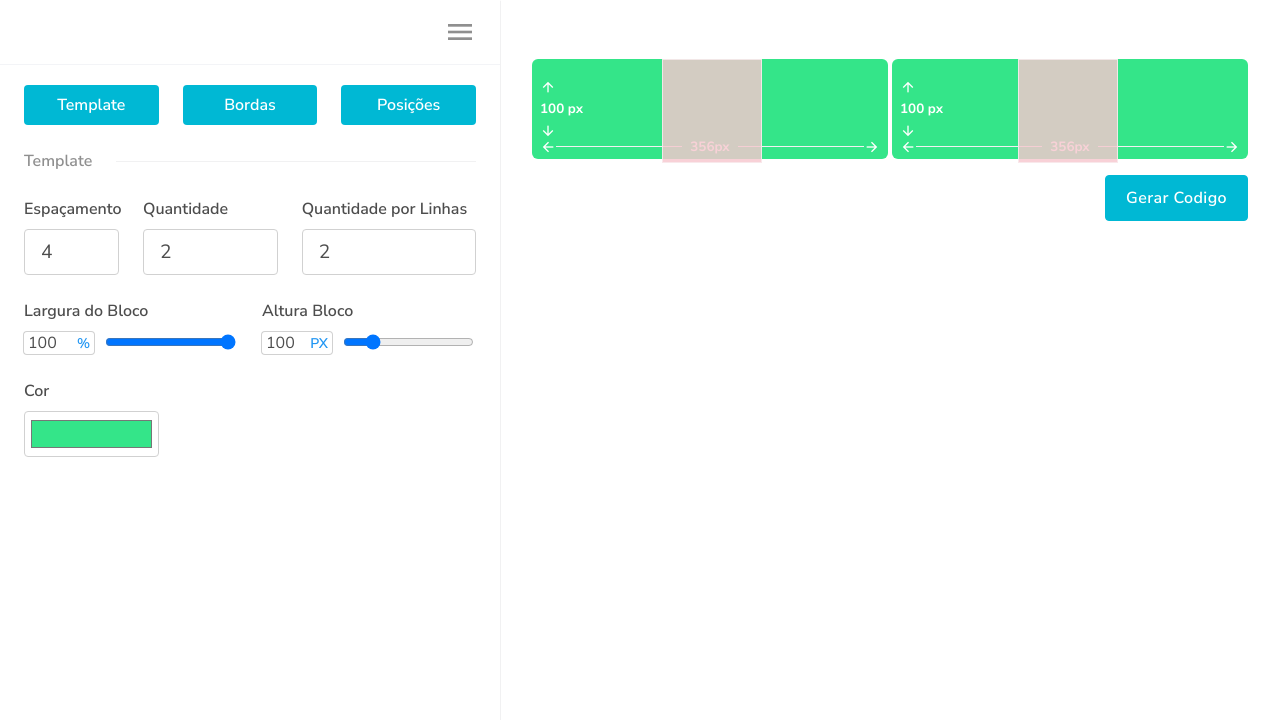
Repository: Flintdl/lowcode-elements
Page: /
The author's editor kept a copy of each file at every save. The page is drawn from the files as they stood at one save, then again after the next save.
The browser window is 1280 px wide. The pictures show the whole page.
The project was rebuilt for these pictures with package versions that can differ from the ones it lists, and the page was loaded fresh each time. Also part of the build but not shown: vue.config.js.

Above is the page before, as saved 2022-04-06 14:13:16.

### src/assets/scss/_variables.scss
// Primarys Colors
$standardTextColor: #4d4d4d;

$primaryColor: #8e6dff;
$secondaryColor: #009997;
$buttonDisableColor: #9c9c9c;
$buttonDisableBgColor: #7676764d;

// Menu Colors

$bgMenuColor: #1d1d1d;
$linkMenuColor: #7b8089;
$iconMenuColor: #2a2a2a;
$borderMenuColor: #323232;

// Botão Colors

$btnPrimary: #00b8d4;
$btnPrimaryHover: #0085b0;

// Generics Colors

$whiteColor: #ffffff;
$mutedColor: #8f8f8f;
$cardColor: #f3f4f7;
$cardColorLight: #f9fafc;
$cardColorLightTwo: #f1f5fc;
$greyLight: #d1d1d1;

// Dropdown Colors

$dropdownHeaderColor: #5f5f5f;
$dropdownColor: #ebffff;

// State Colors

$successColor: #3dc661;
$dangerColor: #e7515a;
$warningColor: #e2a03f;
$infoColor: #2196f3;
$defaultColor: #172b4d;
$lightColor: #e0e0e0;

### src/views/HomeView.vue
<template>
  <div>
    <div class="sf-row">
      <div
        id="sf-preview-code-content"
        class="sf-col-12 sf-mx-auto sf-position-relative"
      >
        <div id="sf-preview-code">
          <div class="sf-row">
            <div
              :class="[
                'sf-col-12 sf-text-center sf-display-flex sf-flex-wrap',
                'sf-justify-content-' + checkValue,
              ]"
            >
              <span
                v-bind:key="linha"
                :style="widthProps1"
                class="sf-display-block sf-position-relative"
                v-for="linha of Number(quantidadeLinha)"
              >
                <div :style="widthProps" class="sf-position-absolute"></div>
              </span>
            </div>
          </div>
          <div
            :style="gapProps"
            :class="[
              'sf-display-flex sf-flex-wrap sf-width-100',
              'sf-justify-content-' + checkValue,
            ]"
          >
            <DivGrid
              v-bind:key="n"
              v-for="n of quantidade"
              :tamanho="String(valor)"
              :altura="String(valorHeight)"
              :cssDefinido="cssProps"
              class="sf-position-relative"
            />
          </div>
        </div>
      </div>
      <div class="sf-col-12 sf-mt-3 sf-display-flex sf-justify-content-end">
        <button class="sf-btn sf-btn-primary" @click="gerarCodigo">
          Gerar Codigo
        </button>
      </div>
    </div>
    <div class="sf-row" v-if="htmlPreviewCode">
      <div class="sf-col-12 sf-mx-auto sf-mt-5 sf-code-content">
        <div class="sf-bg-code sf-p-4 sf-border-radius">
          <code>
            <span class="sf-text-info">Código do Preview</span> <br />
            {{ htmlPreviewCode }}
          </code>
        </div>
      </div>
    </div>
  </div>
</template>

<script>
// @ is an alias to /src

import DivGrid from "@/components/templates/DivGrid.vue";

export default {
  name: "HomeView",
  data: function () {
    return {
      htmlPreviewCode: null,
      gridLinhas: null,
    };
  },
  components: {
    DivGrid,
  },
  props: {
    valor: String,
    inputGap: String,
    quantidade: Number,
    valorHeight: String,
    quantidadeLinha: String,
    inputBorderRadius: String,
    checkValue: String,
    inputColor: String,
    inputBorder: String,
    inputBorderColor: String,
    inputBorderTipo: String,
  },
  computed: {
    cssProps() {
      return {
        width: `calc((${this.valor}% - ${this.inputGap}px * ${
          this.quantidadeLinha - "1"
        }) / ${this.quantidadeLinha})`,
        height: this.valorHeight + "px",
        "border-radius": this.inputBorderRadius + "px",
        "background-color": this.inputColor,
        border:
          this.inputBorder +
          "px" +
          " " +
          this.inputBorderTipo +
          " " +
          this.inputBorderColor,
      };
    },
    gapProps() {
      return {
        gap: this.inputGap + "px",
      };
    },
    widthProps1() {
      return {
        width: `calc((${this.valor}% - ${this.inputGap}px * ${
          this.quantidadeLinha - "1"
        }) / ${this.quantidadeLinha})`,
      };
    },
    widthProps() {
      return {
        height: `calc(${this.valorHeight}px * (${this.quantidadeLinha} / ${this.quantidade}) + ${this.inputGap}px)`,
        width: "clamp(50px, 50%, 100px)",
        "background-color": "#f7c7cfd1",
        border: "1px solid #f9edefd1",
        transform: "translateX(-50%)",
        "z-index": "500",
        left: "50%",
        top: "1px",
      };
    },
  },
  methods: {
    gerarCodigo() {
      this.htmlPreviewCode =
        document.getElementById("sf-preview-code").innerHTML;
    },
  },
};
</script>

<style>
#sf-grid-template:after {
  content: "";
  width: 100%;
  height: 150%;
  top: -25%;
  background-color: #ff008c0a;
  border: 1px solid rgba(255, 0, 140, 0.103);
  border-left: 2px solid #ff008c38;
  border-right: 2px solid #ff008c38;
  position: absolute;
}
</style>

### src/components/templates/InputGapTemplate.vue
<template>
  <div class="sf-col-3 sf-form-group">
    <label class="sf-label">Espaçamento</label>
    <input
      type="number"
      min="1"
      max="12"
      value="2"
      id="inputGap"
      v-model="valor"
      class="filter-states sf-text-capitalize"
      placeholder="Quantidade de Blocos"
    />
  </div>
</template>

<script>
export default {
  props: {
    valorInput: String,
  },
  computed: {
    valor: {
      get() {
        var inp = this.valorInput;
        return inp;
      },
      set(valorInput) {
        this.$emit("callback", valorInput);
      },
    },
  },
};
</script>

<style></style>

### src/components/templates/InputQuantidadeTemplate.vue
<template>
  <div class="sf-col-4 sf-form-group">
    <label class="sf-label">Quantidade</label>
    <input
      type="number"
      value="1"
      id="inputQuantidade"
      v-model="valor"
      class="filter-states sf-text-capitalize"
      placeholder="Quantidade de Blocos"
    />
  </div>
</template>

<script>
export default {
  props: {
    valorInput: String,
  },
  computed: {
    valor: {
      get() {
        var inp = this.valorInput;
        return inp;
      },
      set(valorInput) {
        this.$emit("callback", valorInput);
      },
    },
  },
};
</script>

<style></style>

### src/components/templates/InputQuantLinhasTemplate.vue
<template>
  <div class="sf-col-5 sf-form-group">
    <label class="sf-label">Quantidade por Linhas</label>
    <input
      type="number"
      min="1"
      max="12"
      value="1"
      id="inputQuantidadeLinha"
      v-model="valor"
      class="filter-states sf-text-capitalize"
      placeholder="Quantidade Linha"
    />
  </div>
</template>

<script>
export default {
  props: {
    valorInput: String,
  },
  computed: {
    valor: {
      get() {
        var inp = this.valorInput;
        return inp;
      },
      set(valorInput) {
        this.$emit("callback", valorInput);
      },
    },
  },
};
</script>

<style></style>

### src/components/templates/InputLarguraBloco.vue
<template>
  <div class="sf-col-6 sf-form-group">
    <label class="sf-label">Largura do Bloco</label>
    <div class="sf-input-group">
      <div
        class="sf-input-group-append sf-display-flex sf-justify-content-center"
      >
        <div
          class="sf-display-flex sf-align-items-center sf-justify-content-center sf-border-left-0 sf-border-radius sf-border-radius-left-0 sf-pr-2 sf-text-info sf-font-weight-bold sf-min-80-px"
        >
          <div class="sf-input-group">
            <input
              type="number"
              value="1"
              min="1"
              max="100"
              v-model="valor"
              class="sf-text-md sf-height-fit-content sf-pr-0 sf-pl-1 sf-border-right-0 sf-border-radius-right-0 sf-text-capitalize"
              placeholder="Curva da Borda"
            />
            <div
              class="sf-input-group-append sf-display-flex sf-justify-content-center"
            >
              <div
                class="sf-display-flex sf-align-items-center sf-border sf-justify-content-center sf-border-left-0 sf-border-radius sf-border-radius-left-0 sf-pr-1 sf-text-info sf-font-weight-bold sf-text-sm"
              >
                %
              </div>
            </div>
          </div>
        </div>
      </div>
      <input
        type="range"
        min="10"
        max="100"
        value="10"
        id="inputRange"
        v-model="valor"
        class="sf-px-0 sf-border-right-0 sf-border-radius-right-0 sf-text-capitalize"
      />
    </div>
  </div>
</template>

<script>
export default {
  props: {
    valorInput: String,
  },
  computed: {
    valor: {
      get() {
        var inp = this.valorInput;
        return inp;
      },
      set(valorInput) {
        this.$emit("callback", valorInput);
      },
    },
  },
};
</script>

<style></style>

### src/components/templates/InputAlturaBloco.vue
<template>
  <div class="sf-col-6 sf-form-group">
    <label class="sf-label">Altura Bloco</label>
    <div class="sf-input-group">
      <div
        class="sf-input-group-append sf-display-flex sf-justify-content-center"
      >
        <div
          class="sf-display-flex sf-align-items-center sf-justify-content-center sf-border-left-0 sf-border-radius sf-border-radius-left-0 sf-pr-2 sf-text-info sf-font-weight-bold sf-min-80-px"
        >
          <div class="sf-input-group">
            <input
              type="number"
              value="1"
              min="1"
              max="500"
              v-model="valor"
              class="sf-text-md sf-height-fit-content sf-pr-0 sf-pl-1 sf-border-right-0 sf-border-radius-right-0 sf-text-capitalize"
              placeholder="Curva da Borda"
            />
            <div
              class="sf-input-group-append sf-display-flex sf-justify-content-center"
            >
              <div
                class="sf-display-flex sf-align-items-center sf-border sf-justify-content-center sf-border-left-0 sf-border-radius sf-border-radius-left-0 sf-pr-1 sf-text-info sf-font-weight-bold sf-text-sm"
              >
                PX
              </div>
            </div>
          </div>
        </div>
      </div>
      <input
        type="range"
        min="10"
        max="500"
        id="valorHeight"
        v-model="valor"
        class="sf-px-0 sf-border-right-0 sf-border-radius-right-0 sf-text-capitalize"
      />
    </div>
  </div>
</template>

<script>
export default {
  props: {
    valorInput: String,
  },
  computed: {
    valor: {
      get() {
        var inp = this.valorInput;
        return inp;
      },
      set(valorInput) {
        this.$emit("callback", valorInput);
      },
    },
  },
};
</script>

<style></style>

### src/components/templates/InputBorderRadiusBloco.vue
<template>
  <div class="sf-col-6 sf-form-group">
    <label class="sf-label">Curva da Borda</label>
    <div class="sf-input-group">
      <div
        class="sf-input-group-append sf-display-flex sf-justify-content-center"
      >
        <div
          class="sf-display-flex sf-align-items-center sf-justify-content-center sf-border-left-0 sf-border-radius sf-border-radius-left-0 sf-pr-2 sf-text-info sf-font-weight-bold sf-min-80-px"
        >
          <div class="sf-input-group">
            <input
              type="number"
              value="1"
              min="1"
              max="50"
              v-model="valor"
              class="sf-text-md sf-height-fit-content sf-pr-0 sf-pl-1 sf-border-right-0 sf-border-radius-right-0 sf-text-capitalize"
              placeholder="Curva da Borda"
            />
            <div
              class="sf-input-group-append sf-display-flex sf-justify-content-center"
            >
              <div
                class="sf-display-flex sf-align-items-center sf-border sf-justify-content-center sf-border-left-0 sf-border-radius sf-border-radius-left-0 sf-pr-1 sf-text-info sf-font-weight-bold sf-text-sm"
              >
                PX
              </div>
            </div>
          </div>
        </div>
      </div>
      <input
        type="range"
        value="1"
        min="1"
        max="50"
        id="inputBorderRadius"
        v-model="valor"
        class="sf-px-0 sf-border-right-0 sf-border-radius-right-0 sf-text-capitalize"
        placeholder="Curva da Borda"
      />
    </div>
  </div>
</template>

<script>
export default {
  props: {
    valorInput: String,
  },
  computed: {
    valor: {
      get() {
        var inp = this.valorInput;
        return inp;
      },
      set(valorInput) {
        this.$emit("callback", valorInput);
      },
    },
  },
};
</script>

<style></style>

### src/components/templates/InputBorderBloco.vue
<template>
  <div class="sf-col-6 sf-form-group">
    <label class="sf-label">Tamanho da Borda</label>
    <div class="sf-input-group">
      <div
        class="sf-input-group-append sf-display-flex sf-justify-content-center"
      >
        <div
          class="sf-display-flex sf-align-items-center sf-justify-content-center sf-border-left-0 sf-border-radius sf-border-radius-left-0 sf-pr-2 sf-text-info sf-font-weight-bold sf-min-80-px"
        >
          <div class="sf-input-group">
            <input
              type="number"
              value="1"
              min="1"
              max="50"
              v-model="valor"
              class="sf-text-md sf-height-fit-content sf-pr-0 sf-pl-1 sf-border-right-0 sf-border-radius-right-0 sf-text-capitalize"
              placeholder="Curva da Borda"
            />
            <div
              class="sf-input-group-append sf-display-flex sf-justify-content-center"
            >
              <div
                class="sf-display-flex sf-align-items-center sf-border sf-justify-content-center sf-border-left-0 sf-border-radius sf-border-radius-left-0 sf-pr-1 sf-text-info sf-font-weight-bold sf-text-sm"
              >
                PX
              </div>
            </div>
          </div>
        </div>
      </div>
      <input
        type="range"
        value="1"
        min="0"
        max="24"
        id="inputBorder"
        v-model="valor"
        class="sf-px-0 sf-border-right-0 sf-border-radius-right-0 sf-text-capitalize"
        placeholder="Curva da Borda"
      />
    </div>
  </div>
</template>

<script>
export default {
  props: {
    valorInput: String,
  },
  computed: {
    valor: {
      get() {
        var inp = this.valorInput;
        return inp;
      },
      set(valorInput) {
        this.$emit("callback", valorInput);
      },
    },
  },
};
</script>

<style></style>

### src/components/templates/InputPosicaoBloco.vue
<template>
  <div class="sf-row">
    <div class="sf-col-12 sf-form-group">
      <span
        class="sf-text-md sf-font-weight-bold sf-text-muted sf-display-flex sf-align-items-center"
      >
        Posições
        <hr class="sf-width-100 sf-ml-4" />
      </span>
    </div>
    <div class="sf-col-auto sf-form-group">
      <input
        id="start"
        type="radio"
        name="positionDivs"
        v-model="valor"
        value="start"
        checked
      />
      <label for="start"> Esquerda</label>
    </div>

    <div class="sf-col-auto sf-form-group">
      <input
        type="radio"
        id="center"
        name="positionDivs"
        v-model="valor"
        value="center"
      />
      <label for="center"> Centro</label>
    </div>

    <div class="sf-col-auto sf-form-group">
      <input
        type="radio"
        id="end"
        name="positionDivs"
        v-model="valor"
        value="end"
      />
      <label for="end"> Final</label>
    </div>
    <div class="sf-col-auto sf-form-group">
      <input
        type="radio"
        id="between"
        name="positionDivs"
        v-model="valor"
        value="between"
      />
      <label for="between"> Laterais</label>
    </div>
    <div class="sf-col-auto sf-form-group">
      <input
        type="radio"
        id="around"
        name="positionDivs"
        v-model="valor"
        value="around"
      />
      <label for="around"> Meio</label>
    </div>
  </div>
</template>

<script>
export default {
  props: {
    valorInput: String,
  },
  computed: {
    valor: {
      get() {
        var inp = this.valorInput;
        return inp;
      },
      set(valorInput) {
        this.$emit("callback", valorInput);
      },
    },
  },
};
</script>

<style></style>

### src/components/templates/InputBorderCorBloco.vue
<template>
  <div class="sf-col sf-form-group">
    <label class="sf-label">Cor</label>
    <input
      type="color"
      id="inputBorderColor"
      v-model="valor"
      class="sf-p-1 sf-text-capitalize"
      placeholder="Quantidade de Blocos"
    />
  </div>
</template>

<script>
export default {
  props: {
    valorInput: String,
  },
  computed: {
    valor: {
      get() {
        var inp = this.valorInput;
        return inp;
      },
      set(valorInput) {
        this.$emit("callback", valorInput);
      },
    },
  },
};
</script>

<style></style>

### src/components/templates/InputBorderTipoBloco.vue
<template>
  <div class="sf-col-10 sf-form-group">
    <label class="sf-label">Tipo de Borda</label>
    <select
      id="inputBorderTipo"
      v-model="control"
      :items="items"
      @change="onSelectType"
      class="sf-text-capitalize"
    >
      <option
        v-bind:key="item.value"
        :value="item.value"
        :disabled="!item.value"
        v-for="item of items"
      >
        {{ item.label }}
      </option>
    </select>
  </div>
</template>

<script>
export default {
  props: {
    valorInput: String,
  },
  data: () => {
    return {
      items: [
        { label: "Solid", value: "solid" },
        { label: "Dashed", value: "dashed" },
      ],
    };
  },
  computed: {
    control: {
      get() {
        return this.valorInput;
      },
      set(valorInput) {
        this.$emit("callback", valorInput);
      },
    },
  },
  methods: {
    onSelectType(event) {
      this.$emit("change", event);
    },
  },
};
</script>

<style></style>

### src/components/templates/DivGrid.vue
<template>
  <div
    class="sf-position-relative sf-overflow-hidden"
    :style="cssDefinido"
    ref="container"
  >
    <div
      class="sf-height-position sf-position-absolute sf-display-flex sf-flex-column sf-px-2"
    >
      <i
        class="mdi mdi-arrow-up sf-text-md sf-text-white sf-dropdown-action"
      ></i>
      <span class="sf-text-white sf-font-weight-extra-bold sf-text-center">
        {{ altura }}
        px
      </span>
      <i
        class="mdi mdi-arrow-down sf-text-md sf-text-white sf-dropdown-action"
      ></i>
    </div>
    <div
      class="sf-width-position sf-width-100 sf-position-absolute sf-display-flex sf-align-items-center sf-px-2"
    >
      <i
        class="mdi mdi-arrow-left sf-text-md sf-text-white sf-dropdown-action"
      ></i>
      <hr class="sf-width-100 sf-mr-2" />
      <span class="sf-text-white sf-font-weight-extra-bold sf-text-center">
        {{ larguraPixel }}px
      </span>
      <hr class="sf-width-100 sf-ml-2" />
      <i
        class="mdi mdi-arrow-right sf-text-md sf-text-white sf-dropdown-action"
      ></i>
    </div>
  </div>
</template>

<script>
export default {
  data() {
    return {
      larguraPixel: null,
    };
  },
  mounted() {
    this.larguraPixel = this.$refs.container?.offsetWidth;
  },

  props: {
    cssDefinido: Object,
    tamanho: String,
    altura: String,
  },
  created() {
    this.$watch("tamanho", () => {
      this.larguraPixel = this.$refs.container?.offsetWidth;
    });
  },
};
</script>

<style lang="scss" scoped>
.sf-height-position,
.sf-width-position {
  font-size: 1.4ch;
}
.sf-height-position {
  transform: translateY(-50%);
  left: 0;
  top: 50%;
}
.sf-width-position {
  transform: translateX(-50%);
  bottom: 0;
  left: 50%;
}
</style>

Loaded but not shown: public/index.html (common file); src/main.js (common file); src/App.vue (common file); src/registerServiceWorker.js (common file); src/router/index.js (common file); src/assets/scss/materialdesignicons.scss (9 lines, source omitted); src/assets/scss/style.scss (4102 lines, source omitted); src/components/Menu/MenuTemplate.vue (297 lines, source omitted); src/assets/scss/menu.scss (402 lines, source omitted); src/assets/scss/standard.scss (381 lines, source omitted)

After the next save:
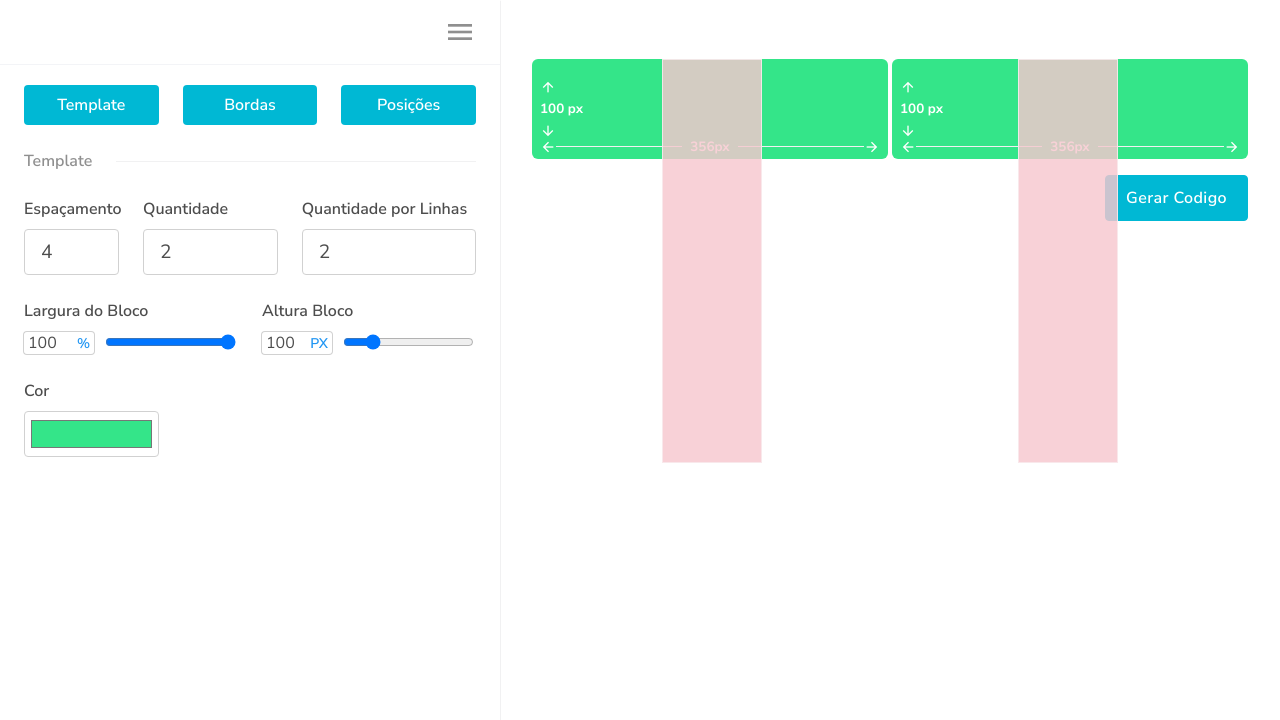
Saved 30 s later.
--- a/src/views/HomeView.vue
+++ b/src/views/HomeView.vue
@@ -121,7 +121,7 @@ export default {
     },
     widthProps() {
       return {
-        height: `calc(${this.valorHeight}px * (${this.quantidadeLinha} / ${this.quantidade}) + ${this.inputGap}px)`,
+        height: `calc(${this.valorHeight}px * (${this.quantidadeLinha} + ${this.quantidade}) + ${this.inputGap}px)`,
         width: "clamp(50px, 50%, 100px)",
         "background-color": "#f7c7cfd1",
         border: "1px solid #f9edefd1",
